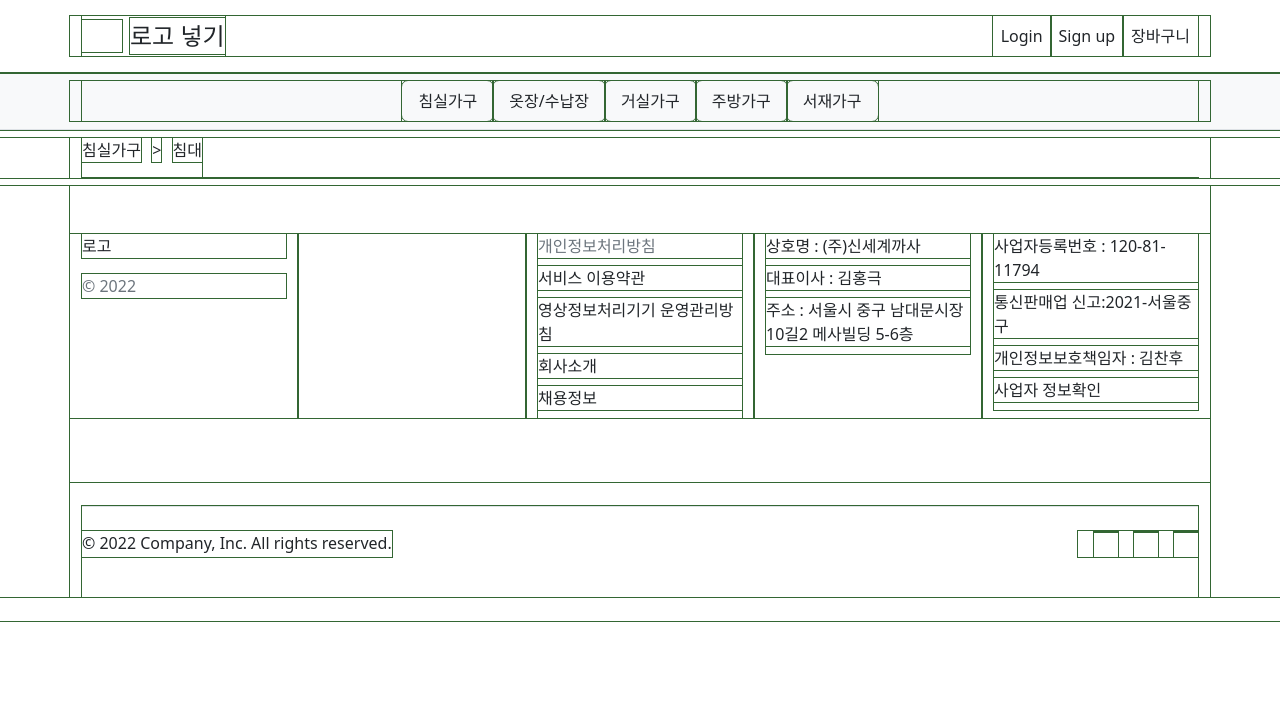
Repository: raoniee/Elice-House-Project
Page: FE/views/pages/main/item-list.html
The author's editor kept a copy of each file at every save. The page is drawn from the files as they stood at one save, then again after the next save.
The browser window is 1280 px wide. The pictures show the whole page.

Above is the page before, as saved 2023-07-06 13:26:19.

### FE/views/pages/main/item-list.html
<!DOCTYPE html>
<html lang="ko">
  <head>
    <meta charset="UTF-8" />
    <meta http-equiv="X-UA-Compatible" content="IE=edge" />
    <meta name="viewport" content="width=device-width, initial-scale=1.0" />
    <title>Elice-House/item-list</title>
    <link
      href="https://cdn.jsdelivr.net/npm/bootstrap@5.2.3/dist/css/bootstrap.min.css"
      rel="stylesheet"
      integrity="sha384-rbsA2VBKQhggwzxH7pPCaAqO46MgnOM80zW1RWuH61DGLwZJEdK2Kadq2F9CUG65"
      crossorigin="anonymous"
    />
    <script
      src="../../components/header/header.js"
      type="module"
      defer
    ></script>
    <script
      src="../../components/footer/footer.js"
      type="module"
      defer
    ></script>
    <script src="./item-list.js" type="module" defer></script>
    <style>
      * {
        outline: 1px solid #363;
      }
    </style>
  </head>
  <body>
    <header class="header">
      <!-- header template로 삽입 -->
    </header>

    <main>
      <div class="container my-2">
        <div
          class="menu_bar d-flex justify-content-between"
          style="width: 120px"
        >
          <p class="menu-depth1">침실가구</p>
          <p class="arrow">></p>
          <p class="menu-depth2">침대</p>
          <!-- menu_bar template로 삽입 -->
        </div>
        <div class="item_list">
          <!-- item_list_card template로 삽입 -->
        </div>
      </div>
    </main>

    <footer class="footer">
      <!-- footer template로 삽입 -->
    </footer>

    <script
      src="https://cdn.jsdelivr.net/npm/bootstrap@5.2.3/dist/js/bootstrap.bundle.min.js"
      integrity="sha384-kenU1KFdBIe4zVF0s0G1M5b4hcpxyD9F7jL+jjXkk+Q2h455rYXK/7HAuoJl+0I4"
      crossorigin="anonymous"
    ></script>
  </body>
</html>

### FE/views/components/header/header.js
export const drawHeader = () => {
  let headerTemplate = `
  <div class="py-3 border-bottom">
      <div class="container d-flex flex-wrap justify-content-center">
        <a
          href="/"
          class="d-flex align-items-center mb-3 mb-lg-0 me-lg-auto text-dark text-decoration-none"
        >
          <svg class="bi me-2" width="40" height="32">
            <use xlink:href="#bootstrap" />
          </svg>
          <span class="fs-4">로고 넣기</span>
        </a>
        <ul class="nav">
          <li class="nav-item">
            <a href="" class="nav-link link-dark px-2">Login</a>
          </li>
          <li class="nav-item">
            <a href="" class="nav-link link-dark px-2">Sign up</a>
          </li>
          <li class="nav-item">
            <a href="" class="nav-link link-dark px-2">장바구니</a>
          </li>
        </ul>
      </div>
    </div>
    <nav class="py-2 bg-light border-bottom">
      <div class="container">
        <ul class="nav justify-content-center nav-pills">
          <li class="nav-item">
            <div class="dropdown text-end">
              <a
                href="#"
                class="d-block link-dark text-decoration-none nav-link"
                data-bs-toggle="dropdown"
                aria-expanded="false"
                >침실가구
              </a>
              <ul class="dropdown-menu text-small">
                <li><a class="dropdown-item" href="#">침대</a></li>
                <li><a class="dropdown-item" href="#">매트리스/토퍼</a></li>
                <li><a class="dropdown-item" href="#">화장대/콘솔/거울</a></li>
                <li><a class="dropdown-item" href="#">서랍장/협탁</a></li>
              </ul>
            </div>
          </li>
          <li class="nav-item">
            <div class="dropdown text-end">
              <a
                href="#"
                class="d-block link-dark text-decoration-none nav-link"
                data-bs-toggle="dropdown"
                aria-expanded="false"
                >옷장/수납장
              </a>
              <ul class="dropdown-menu text-small">
                <li><a class="dropdown-item" href="#">옷장/붙박이장</a></li>
                <li><a class="dropdown-item" href="#">드레스룸/행거</a></li>
              </ul>
            </div>
          </li>
          <li class="nav-item">
            <div class="dropdown text-end">
              <a
                href="#"
                class="d-block link-dark text-decoration-none nav-link"
                data-bs-toggle="dropdown"
                aria-expanded="false"
                >거실가구
              </a>
              <ul class="dropdown-menu text-small">
                <li><a class="dropdown-item" href="#">소파</a></li>
                <li><a class="dropdown-item" href="#">거실테이블</a></li>
                <li><a class="dropdown-item" href="#">거실장</a></li>
              </ul>
            </div>
          </li>
          <li class="nav-item">
            <div class="dropdown text-end">
              <a
                href="#"
                class="d-block link-dark text-decoration-none nav-link"
                data-bs-toggle="dropdown"
                aria-expanded="false"
                >주방가구
              </a>
              <ul class="dropdown-menu text-small">
                <li><a class="dropdown-item" href="#">식탁/테이블</a></li>
                <li><a class="dropdown-item" href="#">홈바/아일랜드식탁</a></li>
                <li><a class="dropdown-item" href="#">식탁세트</a></li>
              </ul>
            </div>
          </li>
          <li class="nav-item">
            <div class="dropdown text-end">
              <a
                href="#"
                class="d-block link-dark text-decoration-none nav-link"
                data-bs-toggle="dropdown"
                aria-expanded="false"
                >서재가구
              </a>
              <ul class="dropdown-menu text-small">
                <li><a class="dropdown-item" href="#">책상/책장/ACC</a></li>
                <li><a class="dropdown-item" href="#">서재의자</a></li>
              </ul>
            </div>
          </li>
        </ul>
      </div>
    </nav>
    `;
  // .header 부분에 header.html을 삽입
  const headerTag = document.querySelector(".header");
  headerTag.innerHTML = headerTemplate;
};

### FE/views/components/footer/footer.js
export const drawFooter = () => {
  let footerTemplate = `
        <div class="container">
      <div class="row py-5">
        <div class="col mb-3">
          <a
            href="/"
            class="d-flex align-items-center mb-3 link-dark text-decoration-none"
          >
            로고
          </a>
          <p class="text-muted">&copy; 2022</p>
        </div>

        <div class="col mb-3"></div>

        <div class="col mb-3">
          <ul class="nav flex-column">
            <li class="nav-item mb-2 text-muted">개인정보처리방침</li>
            <li class="nav-item mb-2">서비스 이용약관</li>
            <li class="nav-item mb-2">영상정보처리기기 운영관리방침</li>
            <li class="nav-item mb-2">회사소개</li>
            <li class="nav-item mb-2">채용정보</li>
          </ul>
        </div>

        <div class="col mb-3">
          <ul class="nav flex-column">
            <li class="nav-item mb-2">상호명 : (주)신세계까사</li>
            <li class="nav-item mb-2">대표이사 : 김홍극</li>
            <li class="nav-item mb-2">
              주소 : 서울시 중구 남대문시장10길2 메사빌딩 5-6층
            </li>
          </ul>
        </div>

        <div class="col mb-3">
          <ul class="nav flex-column">
            <li class="nav-item mb-2">사업자등록번호 : 120-81-11794</li>
            <li class="nav-item mb-2">통신판매업 신고:2021-서울중구</li>
            <li class="nav-item mb-2">개인정보보호책임자 : 김찬후</li>
            <li class="nav-item mb-2">사업자 정보확인</li>
          </ul>
        </div>
      </div>
      <div
        class="d-flex flex-column flex-sm-row justify-content-between py-4 my-4 border-top"
      >
        <p>&copy; 2022 Company, Inc. All rights reserved.</p>
        <ul class="list-unstyled d-flex">
          <li class="ms-3">
            <a class="link-dark" href="#"
              ><svg class="bi" width="24" height="24">
                <use xlink:href="#twitter" /></svg
            ></a>
          </li>
          <li class="ms-3">
            <a class="link-dark" href="#"
              ><svg class="bi" width="24" height="24">
                <use xlink:href="#instagram" /></svg
            ></a>
          </li>
          <li class="ms-3">
            <a class="link-dark" href="#"
              ><svg class="bi" width="24" height="24">
                <use xlink:href="#facebook" /></svg
            ></a>
          </li>
        </ul>
      </div>
    </div>
    `;
  // .footer 부분에 footer.html을 삽입
  const footerTag = document.querySelector(".footer");
  footerTag.innerHTML = footerTemplate;
};

### FE/views/pages/main/item-list.js
import { drawHeader } from "../../components/header/header.js";
import { drawFooter } from "../../components/footer/footer.js";

// Header, Footer 템플릿 삽입
drawHeader();
drawFooter();

After the next save:
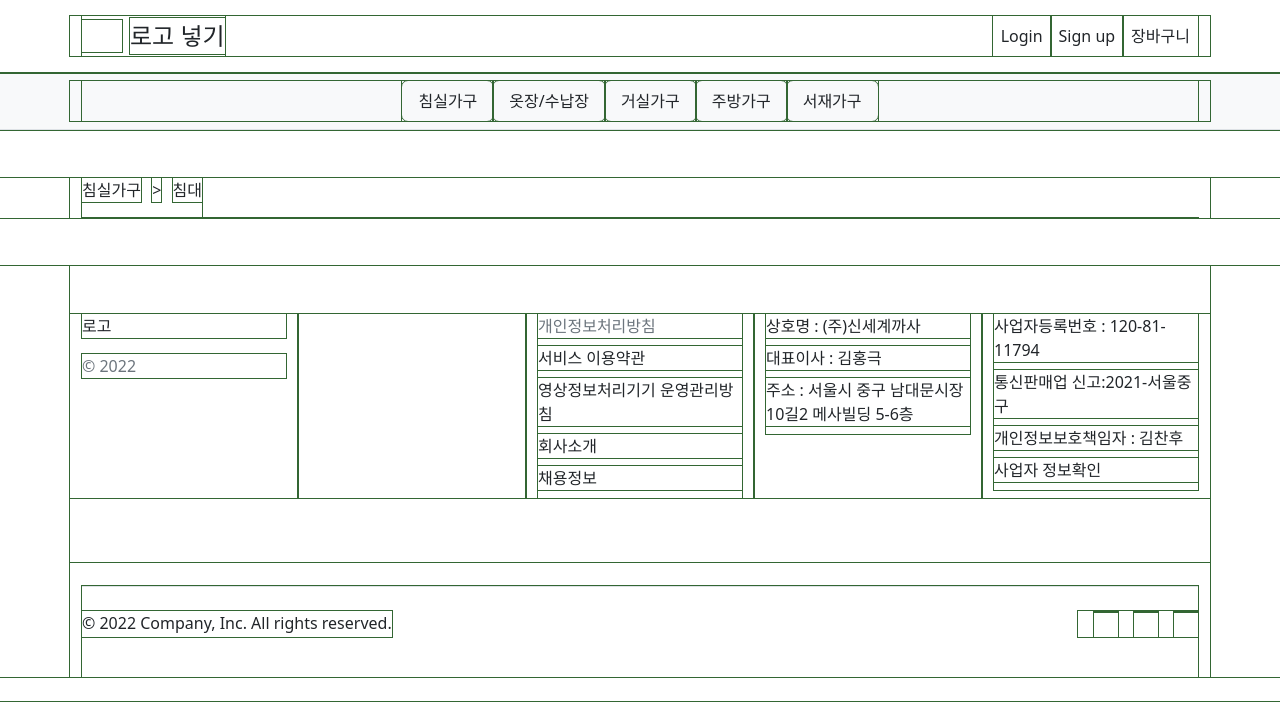
Saved 54 s later.
--- a/FE/views/pages/main/item-list.html
+++ b/FE/views/pages/main/item-list.html
@@ -34,7 +34,7 @@
     </header>
 
     <main>
-      <div class="container my-2">
+      <div class="container my-5">
         <div
           class="menu_bar d-flex justify-content-between"
           style="width: 120px"
